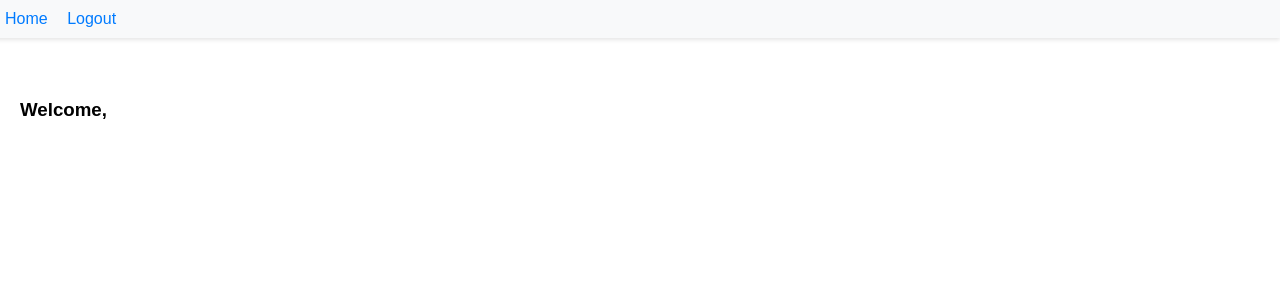
Repository: Faisal-Abdo/Savings_App_Django
Page: http://localhost/home/
The author's editor kept a copy of each file at every save. The page is drawn from the files as they stood at one save, then again after the next save.
The browser window is 1280 px wide. The pictures show the whole page.
The page is served by the project's application, run on Django 4.2 (manage.py). Other server files are loaded and not shown.

Above is the page before, as saved 2024-07-24 23:55:24.

### registration/templates/home.html
<!DOCTYPE html>
<html lang="en">
<head>
    <meta charset="UTF-8">
    <meta name="viewport" content="width=device-width, initial-scale=1.0">
    <title>Home</title>
    <style>
        body {
            font-family: Arial, sans-serif;
            margin: 0;
            padding: 0;
        }
        .header {
            position: fixed;
            top: 0;
            right: 0;
            background-color: #f8f9fa;
            padding: 10px;
            width: 100%;
            box-shadow: 0 2px 4px rgba(0, 0, 0, 0.1);
        }
        .header a {
            text-decoration: none;
            color: #007bff;
            font-size: 16px;
            margin-left: 15px;
        }
        .header a:hover {
            text-decoration: underline;
        }
        .content {
            margin-top: 60px; /* Space for fixed header */
            padding: 20px;
        }
    </style>
</head>
<body>
    <div class="header">
        <a href="{% url 'home' %}">Home</a>
        <a href="{% url 'logout' %}">Logout</a>
    </div>
    <div class="content">
        <h3>Welcome,</h3>
        <!-- Page content goes here -->
    </div>
</body>
</html>

### registration/views.py
from django.shortcuts import render, redirect
from django.http import HttpResponse
from django.forms import inlineformset_factory
from django.contrib.auth.forms import UserCreationForm
from .forms import CreateUserForm
from django.contrib import messages
from django.contrib.auth import authenticate, login, logout


# Create your views here.
def home(request):
    return render(request, 'home.html')

def register(request):
    form = CreateUserForm()
    if request.method == 'POST':
        form = CreateUserForm(request.POST)
        if form.is_valid():
            form.save()
            messages.success(request, 'Account created successefully')
            return redirect('login')
    context = {'form': form}
    return render(request, 'authentication/register.html', context)

def login_view(request):
    if request.method == "POST":
        email = request.POST.get('email')
        password = request.POST.get('password')
        user = authenticate(request, username= email, password= password)
        if user is not None:
            login(request, user)
            return redirect('home')
        else:
            messages.error(request, 'Invalid email or password')
    return render(request, 'authentication/login.html')

def logoutUser(request):
    logout(request)
    return redirect('login')

### savings_app/urls.py
"""
URL configuration for savings_app project.

The `urlpatterns` list routes URLs to views. For more information please see:
    https://docs.djangoproject.com/en/4.2/topics/http/urls/
Examples:
Function views
    1. Add an import:  from my_app import views
    2. Add a URL to urlpatterns:  path('', views.home, name='home')
Class-based views
    1. Add an import:  from other_app.views import Home
    2. Add a URL to urlpatterns:  path('', Home.as_view(), name='home')
Including another URLconf
    1. Import the include() function: from django.urls import include, path
    2. Add a URL to urlpatterns:  path('blog/', include('blog.urls'))
"""
from django.contrib import admin
from django.urls import path, include
from django.shortcuts import redirect

urlpatterns = [
    path('admin/', admin.site.urls),
    path('', lambda request: redirect('login/', permanent=True)),
    path('', include('registration.urls')),
]

### registration/urls.py
from django.urls import path
from . import views

urlpatterns = [
    path('home/', views.home, name='home'),
    path('logout/', views.logoutUser, name='logout'),
    path('register/', views.register, name='register'),
    path('login/', views.login_view, name='login'),
]

After the next save:
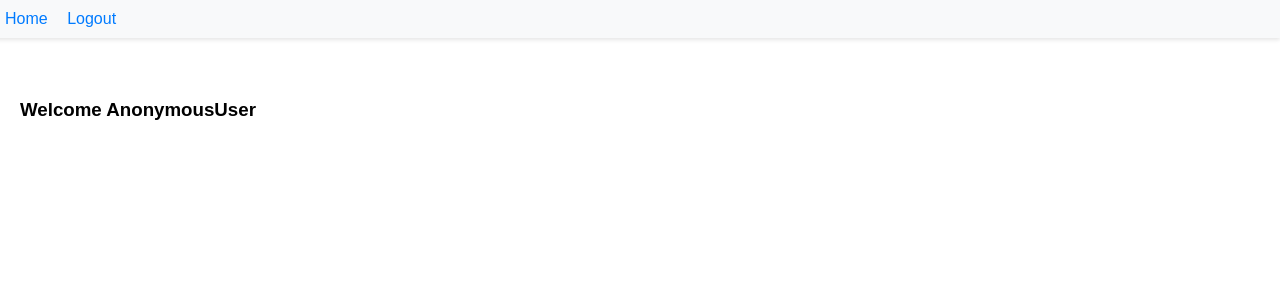
Saved 58 s later.
--- a/registration/templates/home.html
+++ b/registration/templates/home.html
@@ -40,7 +40,7 @@
         <a href="{% url 'logout' %}">Logout</a>
     </div>
     <div class="content">
-        <h3>Welcome,</h3>
+        <h3>Welcome {{request.user}}</h3>
         <!-- Page content goes here -->
     </div>
 </body>

After the save that followed:
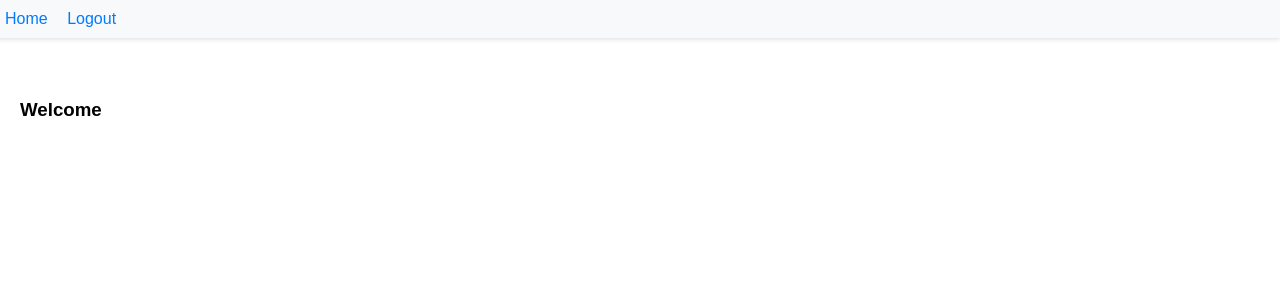
Saved 18 s later.
--- a/registration/templates/home.html
+++ b/registration/templates/home.html
@@ -40,7 +40,7 @@
         <a href="{% url 'logout' %}">Logout</a>
     </div>
     <div class="content">
-        <h3>Welcome {{request.user}}</h3>
+        <h3>Welcome {{request.username}}</h3>
         <!-- Page content goes here -->
     </div>
 </body>
